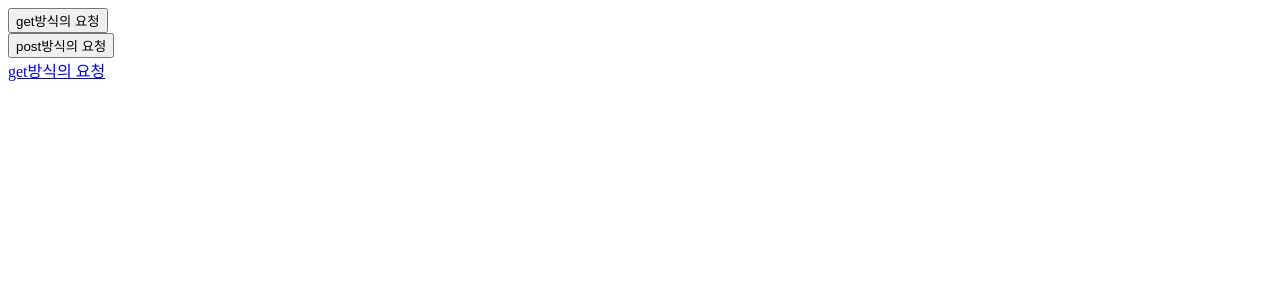
Repository: beom324/jsp-servlet
Page: http://localhost/day1222/
The author's editor kept a copy of each file at every save. The page is drawn from the files as they stood at one save, then again after the next save.
The browser window is 1280 px wide. The pictures show the whole page.
The page is served by Tomcat 9. Other server files are loaded and not shown.

Above is the page before, as saved 2023-12-22 06:47:09.

### day1222/src/main/webapp/index.jsp
<%@ page language="java" contentType="text/html; charset=UTF-8"
    pageEncoding="UTF-8"%>
<!DOCTYPE html>
<html>
<head>
<meta charset="UTF-8">
<title>Insert title here</title>
</head>
<body>
	<form action="hello" method="get">
	<input type="submit" value="get방식의 요청">

	</form>

	<form action="hello" method="post">
	<input type="submit" value="post방식의 요청">

	</form>

	<a href="hello">get방식의 요청</a>
</body>
</html>

After the next save:
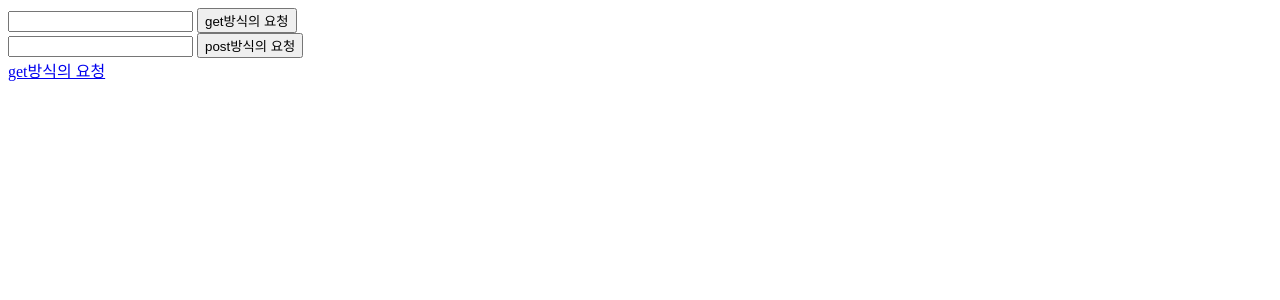
Saved 82 s later.
--- a/day1222/src/main/webapp/index.jsp
+++ b/day1222/src/main/webapp/index.jsp
@@ -8,11 +8,13 @@
 </head>
 <body>
 	<form action="hello" method="get">
+	<input type="text" name ="title">
 	<input type="submit" value="get방식의 요청">
 
 	</form>
 
 	<form action="hello" method="post">
+	<input type="text" name ="title">
 	<input type="submit" value="post방식의 요청">
 
 	</form>
